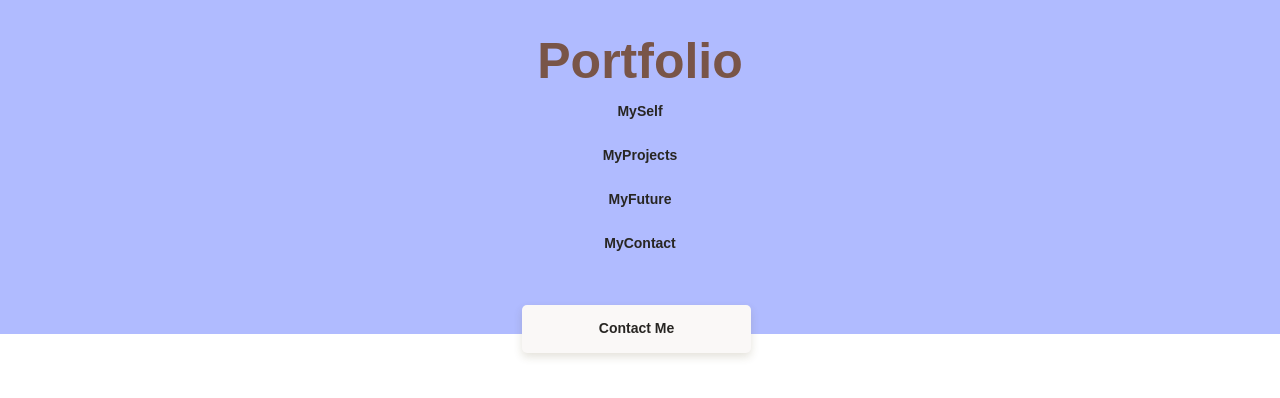
Repository: ChristianGecchelin/PortfolioOnline
Page: index.html
The author's editor kept a copy of each file at every save. The page is drawn from the files as they stood at one save, then again after the next save.
The browser window is 1280 px wide. The pictures show the whole page.

Above is the page before, as saved 2022-01-08 14:52:39.

After the next save:
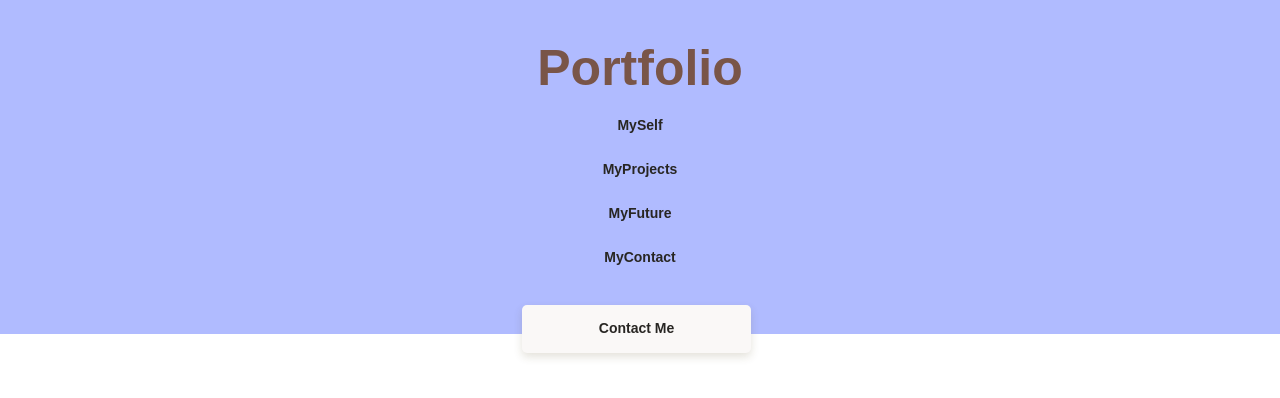
Saved 32 s later.
--- a/styles/styles.css
+++ b/styles/styles.css
@@ -44,7 +44,7 @@ header nav {
 header nav h1 {
   font-size: 5rem;
   font-weight: 700;
-  line-height: 3.6rem;
+  line-height: 5rem;
   color: #795548;
 }
 
